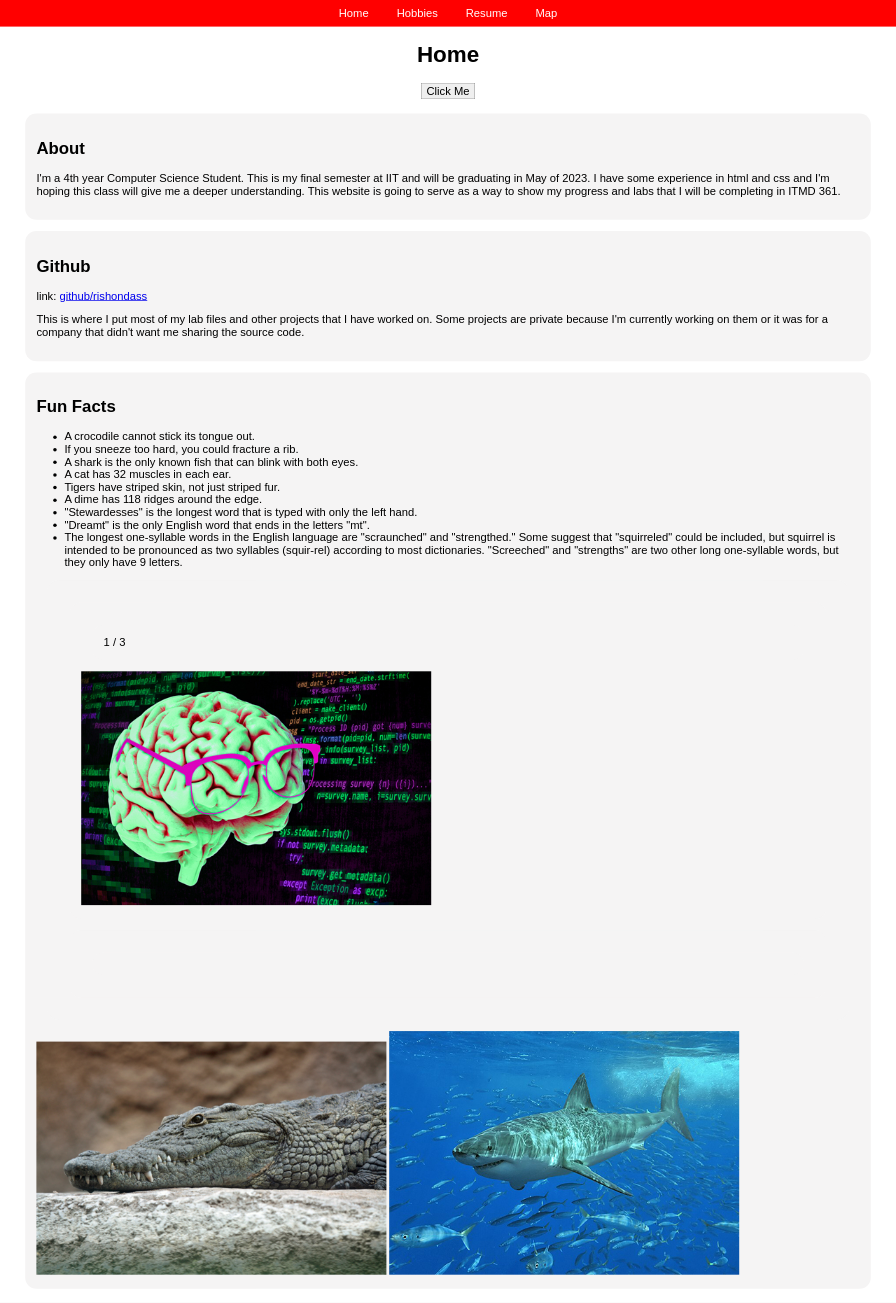
Repository: rishondass/ITMD361-Project3
Page: index.html
The author's editor kept a copy of each file at every save. The page is drawn from the files as they stood at one save, then again after a run of saves.
The browser window is 1280 px wide. The pictures show the whole page, at 70% of full size.

Above is the page before, as saved 2023-04-28 18:16:21.

After the next 2 saves:
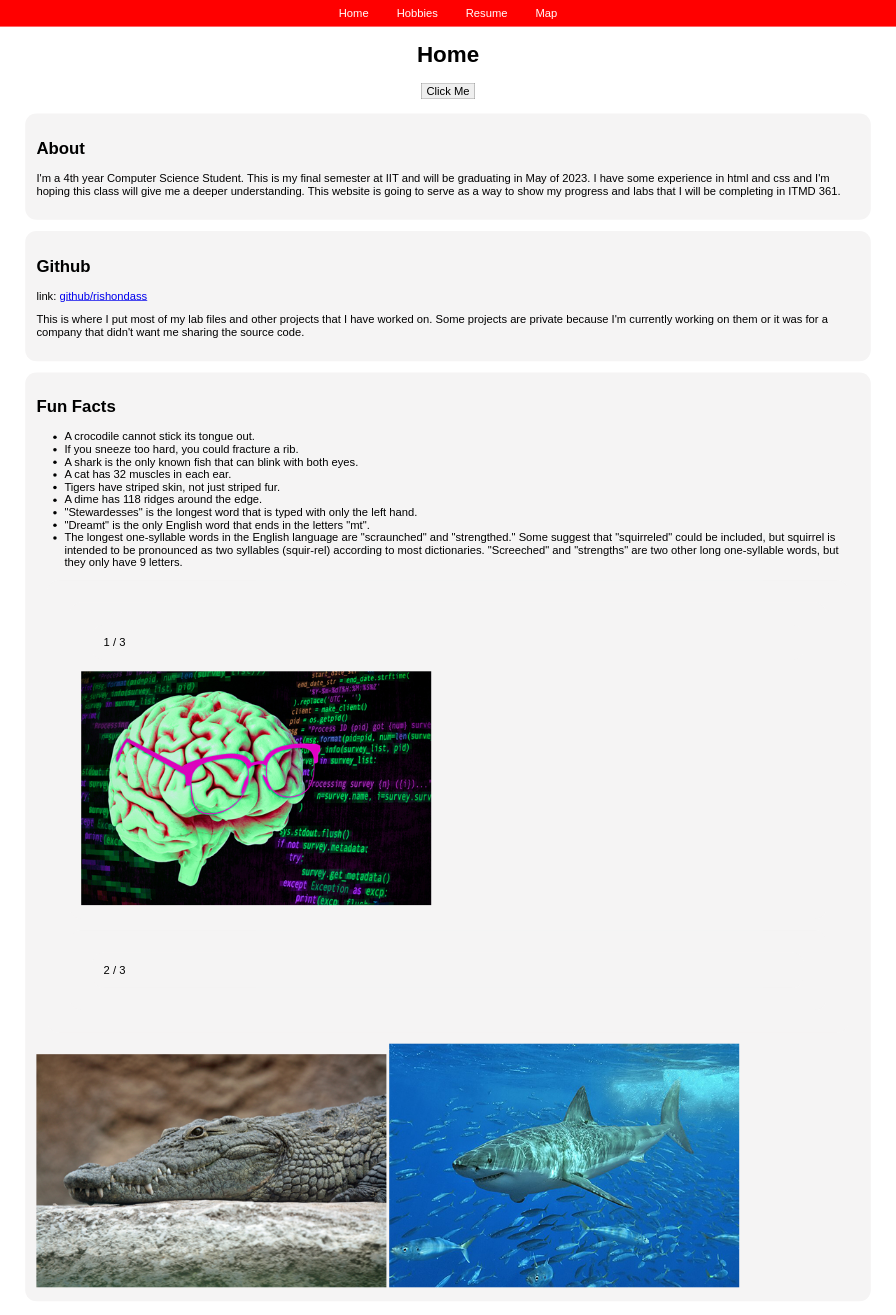
The 2 saves are shown as one change because they came seconds apart.
The last was saved 10 s later.
--- a/index.html
+++ b/index.html
@@ -94,7 +94,7 @@
         </div>
 
         <div>
-          <div></div>
+          <div class="numbertext">2 / 3</div>
         </div>
       </div>
 
